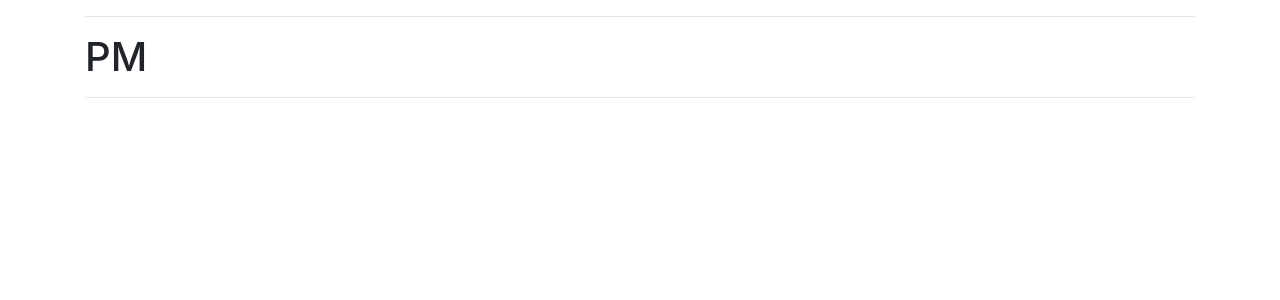
Repository: Akashk29/Wissen-Training-Projects
Page: webjavathings/PM-v1/WebContent/pm.html
An editor plug-in stored every save of this project. The page is shown before and after the next save, followed by the edit.
The browser window is 1280 px wide. The pictures show the whole page.

Above is the page before, as saved 2018-06-25 09:02:14.

### webjavathings/PM-v1/WebContent/pm.html
<!DOCTYPE html>
<html>
<head>
<meta charset="ISO-8859-1">
<title>PM</title>
<link href="css/bootstrap.css" rel="stylesheet" />
</head>
<body class="container">

	<hr />
	<h1>PM</h1>
	<hr />


</body>
</html>

Loaded but not shown: webjavathings/PM-v1/WebContent/css/bootstrap.css (library)

After the next save:
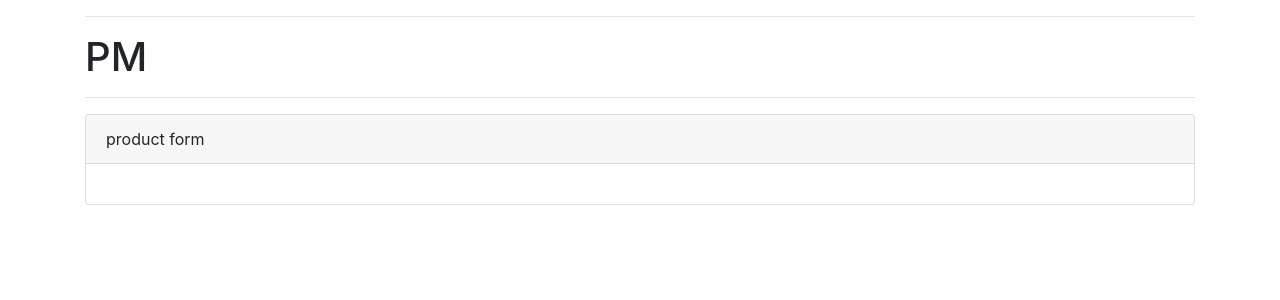
Saved 95 s later.
--- a/webjavathings/PM-v1/WebContent/pm.html
+++ b/webjavathings/PM-v1/WebContent/pm.html
@@ -11,6 +11,12 @@
 	<h1>PM</h1>
 	<hr />
 
+    <div class = "card">
+    <div class = "card-header">product form</div>
+    <div class = "card-body">
+
+    </div>
+    </div>
 
 </body>
 </html>
